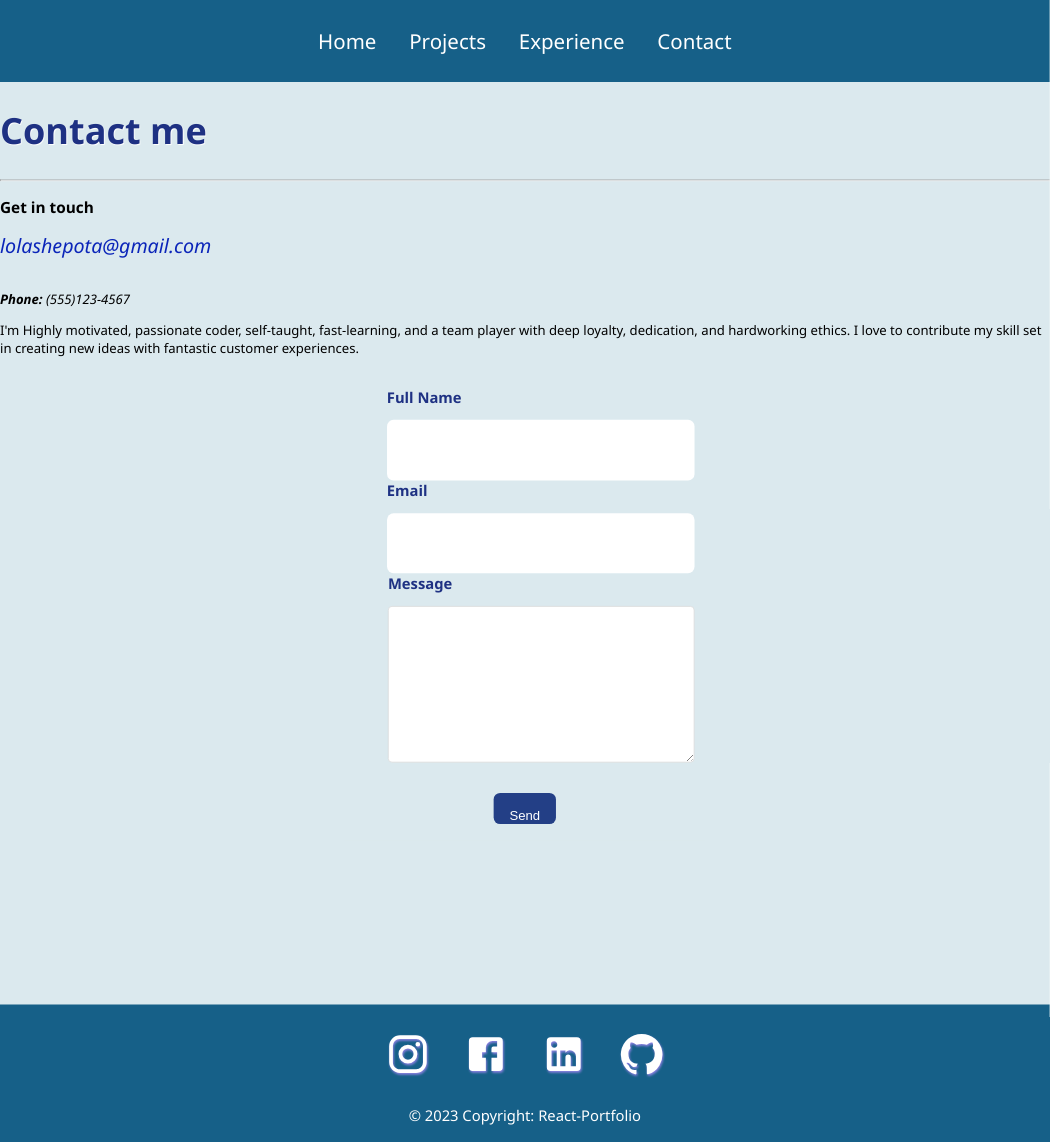
Repository: LolaSL/react-portfolio
Page: /contact
An editor plug-in stored every save of this project. The page is shown before and after the next save, followed by the edit.
The browser window is 1280 px wide. The pictures show the whole page, at 82% of full size.
The project was rebuilt for these pictures with package versions that can differ from the ones it lists, and the page was loaded fresh each time. Also part of the build but not shown: src/pages/Home/Style.css, src/pages/Home/Home.jsx, src/components/ProjectItem/Style.css, src/components/ProjectItem/ProjectItem.jsx, src/helpers/ProjectList.js, src/pages/Projects/Style.css, src/pages/Projects/Projects.jsx, src/pages/Experience/Style.css and 2 more.

Above is the page before, as saved 2023-09-27 17:42:11.

### src/App.js
import './App.css';
import { BrowserRouter as Router, Routes, Route } from 'react-router-dom';
import Home from './pages/Home/Home.jsx';
import Projects from './pages/Projects/Projects.jsx';
import Experience from './pages/Experience/Experience.jsx';
import Navbar from "./components/Navbar/Navbar.jsx";
import Footer from './components/Footer/Footer.jsx';
import ProjectDetail from './pages/ProjectDetail/ProjectDetail';
import Contact from './pages/Contact/Contact';


function App() {
  return (
    <div className="App">
      <Router>
      <Navbar />
        <Routes>
          <Route path="/" element={<Home />} />
          <Route path="/projects" element={<Projects />} />
          <Route path="/project/:id" element={<ProjectDetail />} />
          <Route path="/experience" element={<Experience />} />
          <Route path="/contact" element ={<Contact/>}/>
        </Routes>
        <Footer />
      </Router>
    </div>
  );
}

export default App;

### src/App.css
.App {
  width: 100%;
  height: auto;
  display: flex;
  flex-direction: column;
  font-family:'Segoe UI', Tahoma, Geneva, Verdana, sans-serif;
  background-color: #dbe9ee;
}

body {
  margin: 0;
  padding: 0;
}

### src/components/Navbar/Navbar.jsx
import React, { useEffect, useState } from "react";
import { Link, useLocation } from "react-router-dom";
import DehazeIcon from "@mui/icons-material/Dehaze";
import "./Style.css";

const Navbar = () => {
  const [expandNavbar, setExpandNavbar] = useState(false);
  const location = useLocation();
  useEffect(() => {
    setExpandNavbar(false);
  }, [location]);
  return (
    <div className="navbar" id={expandNavbar ? "open" : "close"}>
      <div className="toggleButton">
        <button
          onClick={() => {
            setExpandNavbar((prev) => !prev);
          }}
        >
          <DehazeIcon />
        </button>
      </div>
      <div className="links">
        <Link to="/"> Home </Link>
        <Link to="/projects"> Projects </Link>
        <Link to="/experience"> Experience </Link>
        <Link to="/contact"> Contact </Link>
      </div>
    </div>
  );
};

export default Navbar;

### src/components/Footer/Footer.jsx
import React from "react";
import { Link } from "react-router-dom";
import InstagramIcon from "@mui/icons-material/Instagram";
import FacebookIcon from "@mui/icons-material/Facebook";
import LinkedInIcon from "@mui/icons-material/LinkedIn";
import GitHubIcon from "@mui/icons-material/GitHub";
import "./Style.css";

const Footer = () => {
  return (
    <div className="footer">
      <div className="socialMedia">
        <Link to="https://www.instagram.com">
          <InstagramIcon />
        </Link>
        <Link to="https://www.facebook.com">
          <FacebookIcon />
        </Link>
        <Link to="https://www.linkedin.com/in/lola-s-2aba6340-lo">
          <LinkedInIcon />
        </Link>
        <Link to="https://github.com">
          <GitHubIcon />
        </Link>
      </div>
      <div className="copyright">
        <p>&copy; {new Date().getFullYear()} Copyright: React-Portfolio</p>
      </div>
    </div>
  );
};

export default Footer;

### src/pages/Contact/Contact.jsx
// import React, { useRef } from "react";
// import emailjs from "@emailjs/browser";
// import { Container, Row, Col } from "react-bootstrap";
// import { contactConfig } from "./contactConfig";
// import "./Style.css";

// const ContactForm = () => {
//   const form = useRef();

//   const sendEmail = (e) => {
//     e.preventDefault();

//     emailjs.sendForm("MY_SERVICE", "MY-TEMPLATE", form.current, "MY-KEY").then(
//       (result) => {
//         console.log(result.text);
//         console.log("message sent");
//       },
//       (error) => {
//         console.log(error.text);
//       }
//     );
//   };
//   return (
//     <Container >
//       <Row className="mb-5 mt-3 p-4">
//         <Col lg="8">
//           {" "}
//           <h1 className="display-4 mb-4 text-center">Contact me</h1>
//           <hr className="t_border my-4 ml-0 text-left" />
//         </Col>
//       </Row>
//       <Row className="sec-sp">
//         <Col lg="5" className="mb-5">
//           <h3 className="color_sec py-4">Get in touch</h3>
//           <address>
//             <strong>      <a href={`mailto:${contactConfig.YOUR_EMAIL}`}>
//                 {contactConfig.YOUR_EMAIL}
//               </a></strong>
//               <br />
//               <br />
//               {contactConfig.hasOwnProperty("YOUR_FONE") ? (
//                 <p>
//                   <strong>Phone:</strong> {contactConfig.YOUR_FONE}
//                 </p>
//               ) : (
//                 ""
//               )}
//             </address>
//             <p>{contactConfig.description}</p>
//           </Col>
//         <Col lg="7" className="d-flex align-items-center">
//           <form ref={form} onSubmit={sendEmail} className="contact-form w-100">
//           <Row>
//                 <Col lg="6" className="form-group">
//                   <input
//                     className="form-control"
//                     id="name"
//                     name="name"
//                     placeholder="Name"
//                     type="text"
//                     required
//                   />
//                 </Col>
//                 <Col lg="6" className="form-group">
//                   <input
//                     className="form-control rounded-0"
//                     id="email"
//                     name="email"
//                     placeholder="Email"
//                     type="email"
//                     required
//                   />
//                 </Col>
//               </Row>
//               <textarea
//                 className="form-control rounded-0"
//                 id="message"
//                 name="message"
//                 placeholder="Message"
//                 rows="5"
//                 required
//               ></textarea>
//               <br />
//             <Row>
//               <Col lg="12" className="form-group">
//                 <input
//                   type="submit"
//                   className="btn"
//                   value="Send"
//                   disabled={true}
//                 />
//               </Col>
//             </Row>
//           </form>
//         </Col>
//       </Row>
//     </Container>
//   );
// };

// export default ContactForm;

import React, { useRef } from "react";
import emailjs from "@emailjs/browser";
import { Container, Row, Col } from "react-bootstrap";
import { contactConfig } from "./contactConfig";
import "./Style.css";

const ContactForm = () => {
  const form = useRef();

  const sendEmail = (e) => {
    e.preventDefault();

    emailjs.sendForm("MY_SERVICE", "MY-TEMPLATE", form.current, "MY-KEY").then(
      (result) => {
        console.log(result.text);
        console.log("message sent");
      },
      (error) => {
        console.log(error.text);
      }
    );
  };
  return (
    <Container className="container">
      <Row className="mb-5 mt-3 p-4">
        <Col lg={{ span: 8, offset: 2 }} md={{ span: 10, offset: 1 }}>
          <h1 className="display-4 mb-4 text-center">Contact me</h1>
          <hr className="t_border my-4 ml-0 text-left" />
        </Col>
      </Row>
      <Row className="sec-sp">
        <Col lg={5} md={6} className="mb-5">
          <h3 className="color_sec py-4">Get in touch</h3>
          <address>
            <strong>
              <a href={`mailto:${contactConfig.YOUR_EMAIL}`}>
                {contactConfig.YOUR_EMAIL}
              </a>
            </strong>
            <br />
            <br />
            {contactConfig.hasOwnProperty("YOUR_FONE") ? (
              <p>
                <strong>Phone:</strong> {contactConfig.YOUR_FONE}
              </p>
            ) : (
              ""
            )}
          </address>
          <p>{contactConfig.description}</p>
        </Col>
        <Col lg={7} md={6} className="d-flex align-items-center">
          <form ref={form} onSubmit={sendEmail} className="contact-form w-100">
            <Row className="w-100">
              <Col lg={6} md={6} sm={12} className="form-group">
                <label htmlFor="name">Full Name</label>
                <input
                  className="form-control"
                  id="name"
                  name="name"
                  type="text"
                  required
                />
              </Col>
              <Col lg={6} md={6} sm={12} className="form-group">
                <label htmlFor="email">Email</label>
                <input
                  className="form-control rounded-0"
                  id="email"
                  name="email"
                  type="email"
                  required
                />
              </Col>
            </Row>
            <Row className="w-100">
              <Col lg={12} md={12} sm={12} className="form-group">
                <label htmlFor="message">Message</label>
                <textarea
                  className="form-control rounded-0"
                  id="message"
                  name="message"
                  rows="5"
                  required
                ></textarea>
              </Col>
            </Row>
            <Row className="w-100">
              <Col lg={12} md={12} sm={12} className="form-group ">
                <input
                  type="submit"
                  className="btn btn-primary"
                  value="Send"
                  disabled={false}
                />
              </Col>
            </Row>
          </form>
        </Col>
      </Row>
    </Container>
  );
};

export default ContactForm;

### src/components/Navbar/Style.css
.navbar {
  width: 100%;
  height: 100px;
  background: #166088;
}

.links {
  width: 100%;
  height: 100%;
  display: flex;
  align-items: center;
  justify-content: center;
  color: white;
}

.navbar a {
  color: white;
  text-decoration: none;
  margin: 20px;
  font-size: 25px;
}

.toggleButton {
  width: 100%;
  height: 100px;
  display: flex;
  align-items: center;
  justify-content: flex-end;
}

.toggleButton svg {
  font-size: 50px;
}
.toggleButton button {
  margin-right: 20px;
  padding: 8px;
  background-color: transparent;
  border: none;
  color: white;
  cursor: pointer;
}

#open {
  height: 100vh;
}

#open .links {
  flex-direction: column;
  justify-content: flex-start;
  margin-top: 100px;
}

#open a {
  width: 100%;
  text-align: center;
}

@media only screen and (max-width: 900px) {
  .navbar a {
    width: 600px;
  }
}

@media only screen and (max-width: 600px) {
  .toggleButton {
    display: flex;
  }
  #close a {
    display: none;
  }
}

@media only screen and (min-width: 600px) {
  .toggleButton {
    display: none;
  }

  .hiddenLinks {
    display: none;
  }

  #open {
    height: 100px;
  }

  #open .links {
    flex-direction: row;
  }
}

### src/components/Footer/Style.css
.footer {
    width: 100%;
    height: 155px;
    background: #166088;
    display: flex;
    justify-content: center;
    align-items: center;
    flex-direction: column;
    padding-top: 10px;
    margin-top: 200px;
    position: related;
    bottom: 0;
    left: 0;
    right: 0;
  }
  .footer{
    height: 22vh;
  }
  .socialMedia svg{
    color: white;
    margin: 20px;
    font-size: 55px;
    cursor: pointer;
    margin-bottom: 10px;
  }
  .socialMedia svg:hover{
    color: #e76972;
    margin: 20px;
    font-size: 55px;
    cursor: pointer;
    margin-bottom: 10px;
    background-color: transparent;
    transition: all ease 0.3s;
    border: none;
    text-shadow: 0 0 0.625em #d83535;
  }
.copyright p{
    color: white;
    font-size: 18px;
  }

  @media only screen and (max-width: 600px) {
    .footer svg {
      font-size: 50px;
    }
    .copyright p{
      font-size: 16px;
    }
  }

### src/pages/ProjectDetail/Style.css
.project {
  width: 100%;
    height: auto;
    display: flex;
    justify-content: center;
    align-items: center;
    flex-direction: column;
    color: #3e497a;
}

.project  h1 {
  text-align: center;
  color: #3e497a;
  font-size:50px;
  font-weight: bolder;
  margin-top: 30px

}
.project img {
  max-width: 700px;
  border-radius: 10px;
  margin-bottom: 40px;
}

.project h3 {
  font-size: 1.7rem;
  color: #3e497a;
  padding: 50px;
  text-align: justify;
}
a {
  text-decoration: none;
  color: rgb(11, 37, 185);
  font-weight: normal;
  font-size: 24px;
}
a:hover {
  text-decoration: none;
   color: #e76972;
  font-weight: bold;
  transition: all ease 0.3s;
  font-size: 24px;
  cursor: pointer;
  text-shadow: 0 0 0.625em #d83535;
}
.project svg {
  font-size: 60px;
  color: #3e497a;
}
.project svg:hover {
  color: #2d2d84;
  cursor: pointer;
}
svg {
  filter: drop-shadow(1px 2px 1px rgb(144, 130, 227));
}
@media only screen and (max-width: 1300px) {
  .project img {
    max-width: 500px;
    border-radius: 8px;
  }
  .project h1 {
    font-size: 1.8rem;
  }
  .project h3 {
    font-size: 1.4rem;
  }
}

@media only screen and (max-width: 800px) {
  .project img {
    max-width: 374px;
    border-radius: 6px;
  }
  .project h1 {
    font-size:37px;
    text-align: center;
    color: #3e497a;
  }
  .project h3 {
    font-size: 1.3rem;
  }

}

### src/pages/Contact/contactConfig.js
// const contactConfig = {
//     description: "I'm Highly motivated, passionate coder, self-taught, fast-learning, and a team player with deep loyalty, dedication, and hardworking ethics. I love to contribute my skill set in creating new ideas with fantastic customer experiences."
// }
// export {
//     contactConfig
// }
const logotext = 'Lola Shepota';
const meta = {
    title: 'Lola Shepota',
    description:
        "I'm Highly motivated, passionate coder, Full-Stact Junior. ",
};

const introdata = {
    title: 'I’m John Doe',
    animated: {
        first: 'I love coding',
        second: "I'm creating new ideas with fantastic customer experiences",
        third: 'A team player with deep loyalty',
    },
    description:
        "I'm self-taught, fast-learning, and  dedication, and hardworking ethics. I love contributing my skills to code websites.",
    your_img_url: 'https://avatars.githubusercontent.com/u/67796082?v=4',
};

const dataabout = {
    title: 'About my self',
    aboutme:
        'Lorem ipsum dolor sit amet, consectetur adipiscing elit. Praesent quis dolor id ligula semper elementum feugiat pretium nulla. Nunc non commodo dolor. Nunc mollis dignissim facilisis. Morbi ut magna ultricies.',
};
const worktimeline = [
    {
        jobtitle: 'Designer of week',
        where: 'YAdfi',
        date: '2020',
    },
    {
        jobtitle: 'Designer of week',
        where: 'Jamalya',
        date: '2019',
    },
    {
        jobtitle: 'Designer of week',
        where: 'ALquds',
        date: '2019',
    },
];



const services = [
    {
        title: 'UI & UX Design',
        description:
            'Lorem ipsum dolor sit amet, consectetur adipiscing elit. Sed at nisl euismod urna bibendum sollicitudin.',
    },
    {
        title: 'Mobile Apps',
        description:
            'Lorem ipsum dolor sit amet, consectetur adipiscing elit. Sed at nisl euismod urna bibendum sollicitudin.',
    },
    {
        title: 'Wordpress Design',
        description:
            'Lorem ipsum dolor sit amet, consectetur adipiscing elit. Sed at nisl euismod urna bibendum sollicitudin.',
    },
];

const contactConfig = {
    YOUR_EMAIL: 'lolashepota@gmail.com',
    YOUR_FONE: '(555)123-4567',
    description:
        "I'm Highly motivated, passionate coder, self-taught, fast-learning, and a team player with deep loyalty, dedication, and hardworking ethics. I love to contribute my skill set in creating new ideas with fantastic customer experiences.",
    YOUR_SERVICE_ID: 'service_id',
    YOUR_TEMPLATE_ID: 'template_id',
    YOUR_USER_ID: 'user_id',
};


export {
    meta,
    dataabout,
    worktimeline,
    services,
    introdata,
    contactConfig,
    logotext,
};

### src/pages/Contact/Style.css
.container {
  background-color:
}
.contact-form {
  max-width: 400px;
  margin: 0 auto;
  padding: 20px;
  background-color: #dbe9ee;
  display: flex;
  flex-direction: column;
  align-items: center;
  color: #1e3183;
  font-size: 18px;
  font-weight: 600;


}
h1{
  font-size: 44px;
 color: #1e3183;
 text-shadow: 1px 1px 1px #ffffff;

}
  input {
    width: 100%;
    height: 35px;
    padding: 9px;
    outline: none;
    border-radius: 5px;
    border: 1px solid rgb(220, 220, 220);

    &:focus {
      border: 2px solid rgba(0, 206, 158, 1);
    }
  }
  input,
  textarea {
    width: 100%;
    font-size: 1rem;
    padding: 1.2rem;
    color: grey;
    background-color: dark;
    outline: none;
    border: none;
    border-radius: 8px;
    margin-top: 1rem;
  }
  textarea {
   width: 100%;
    max-height: 100px;
    border-radius: 8px;
    padding: 1.2rem;
    outline: none;
    border-radius: 5px;
    border: 1px solid rgb(220, 220, 220);
    min-height:150px;
    resize: vertical;
    &:focus {
      border: 2px solid rgba(0, 206, 158, 1);
    }
  }

  input[type="submit"] {
    margin-top: 2rem;
    cursor: pointer;
    background: #233f86;
    color: white;
    border: none;
    width: 100%;
  }
  input:hover[type="submit"] {
    margin-top: 2rem;
    cursor: pointer;
    background: #e76972;
    color: white;
    border: none;
  }

/*
  .form-group {
    width: 100%;
    margin-bottom: 2rem;
  }
  label {
    font-size: 1.8rem;
  }
  input,
  textarea {
    width: 100%;
    font-size: 2rem;
    padding: 1.2rem;
    color: var(--gray-1);
    background-color: var(--deep-dark);
    outline: none;
    border: none;
    border-radius: 8px;
    margin-top: 1rem;
  }
  textarea {
    min-height: 250px;
    resize: vertical;
  }
  button[type='submit'] {
    background-color: var(--gray-1);
    color: var(--black);
    font-size: 2rem;
    display: inline-block;
    outline: none;
    border: none;
    padding: 1rem 4rem;
    border-radius: 8px;
    cursor: pointer;
  } */

Loaded but not shown: public/index.html (common file); src/index.js (common file); src/reportWebVitals.js (common file)

After the next save:
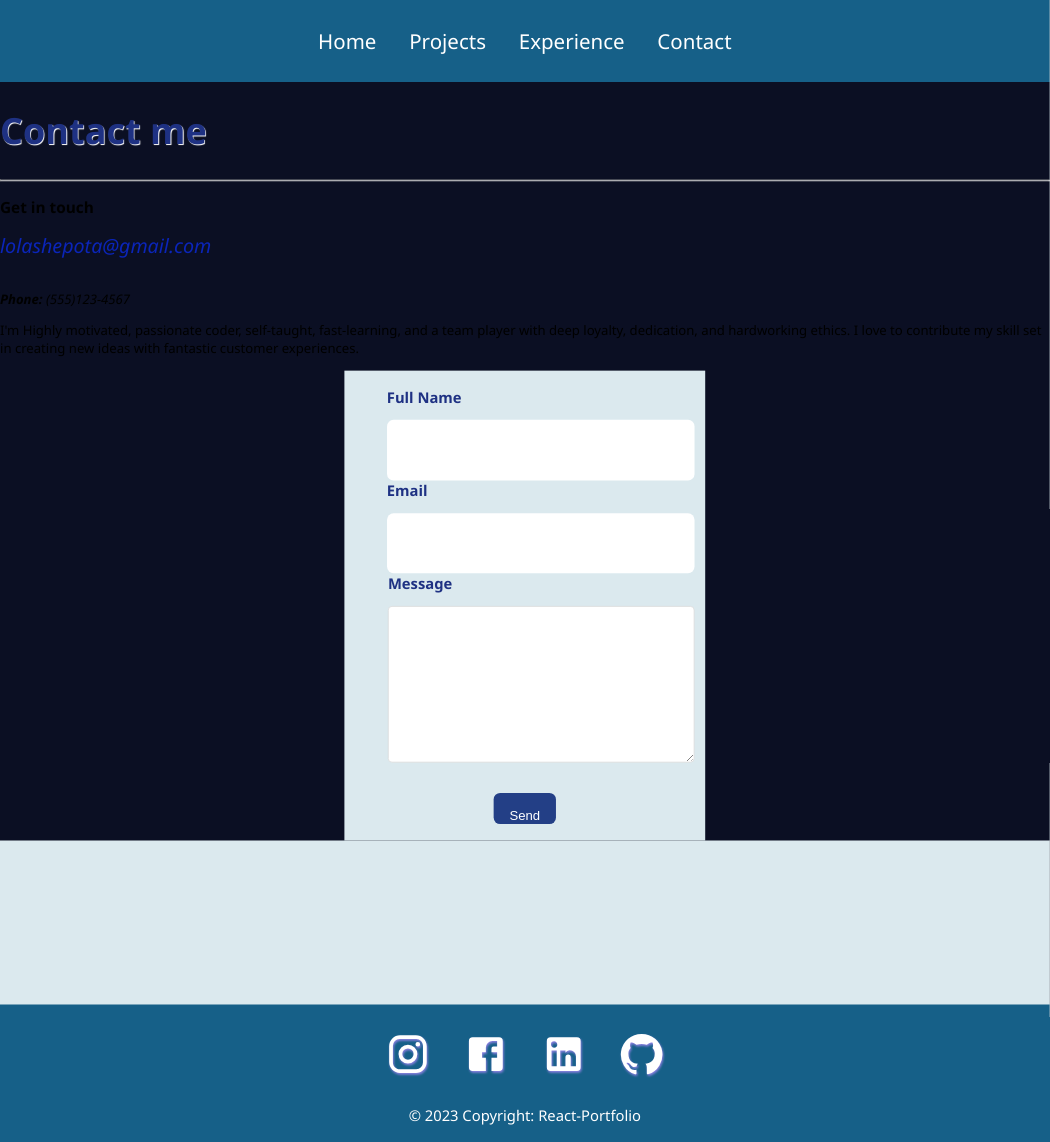
Saved 18 s later.
--- a/src/pages/Contact/Style.css
+++ b/src/pages/Contact/Style.css
@@ -1,5 +1,5 @@
 .container {
-  background-color:
+  background-color:#0b0f23
 }
 .contact-form {
   max-width: 400px;
